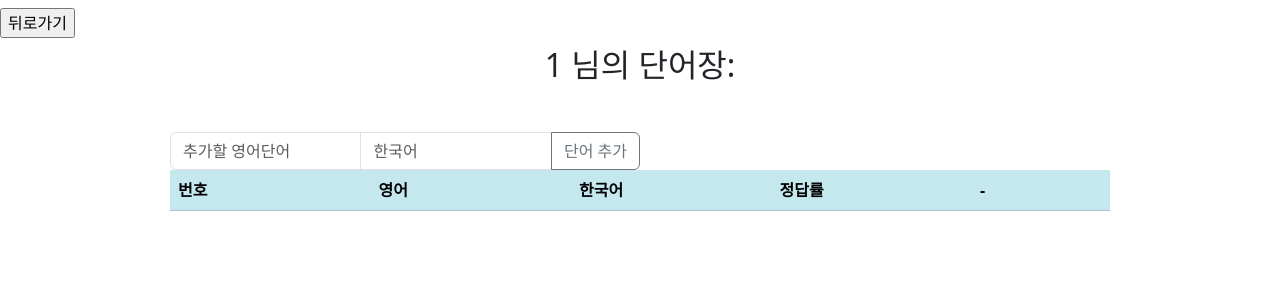
Repository: kokoko12334/myvocab-toy
Page: http://localhost/myVocabularyList/detail
These files come from the project's save history. The page is drawn as it stood at one moment and after the next save; the edit follows.
The browser window is 1280 px wide. The pictures show the whole page.
The page is served by Tomcat 9. The session is filled in as if someone had signed in: {"id": 1, "pwd": 1, "list": 1}. Queries for data that is not in the repository find no rows.

Above is the page before, as saved 2023-04-07 13:03:07.

After the next save:
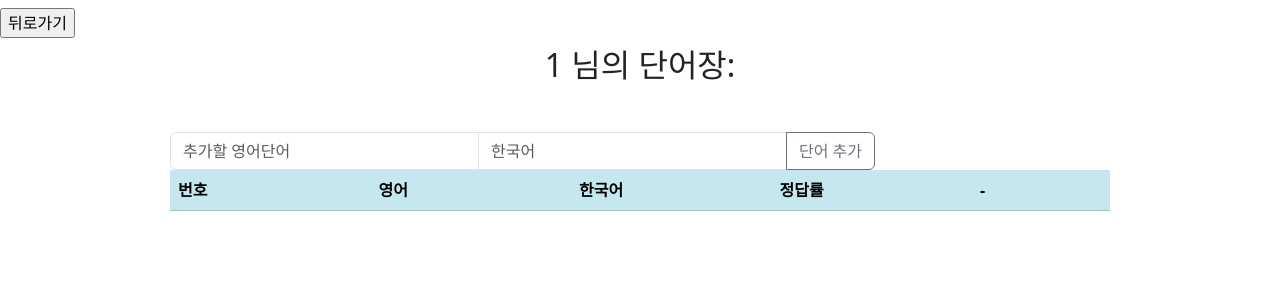
Saved 10 s later.
--- a/myVocabularyList/src/main/webapp/WEB-INF/views/myvocabulary/detail.jsp
+++ b/myVocabularyList/src/main/webapp/WEB-INF/views/myvocabulary/detail.jsp
@@ -24,7 +24,7 @@
 
 
  <div class = "my-5" style="margin-top: 93px;width: 940px;margin-left: auto; margin-right: auto;">
-	<form class="form-inline w-50" action = "/addword" method = "post">
+	<form class="form-inline w-75" action = "/addword" method = "post">
 		<div class="input-group">
 			<input type = text name = "english" placeholder = "추가할 영어단어" aria-label="First name" class="form-control">
 			<input type = text name = "korean" placeholder = "한국어" aria-label="Last name" class="form-control">
@@ -58,7 +58,7 @@
 				<td>${w[2]}</td>
 				<td>
 					<input type="button" value="수정" onclick="showPopup('${w[0]}','${w[1]}');"/>
-					<button onclick="location.href='/deleteword?idx=${st.index}&english=${w[0]}&korean=${w[1]}'">단어 삭제</button>
+					<button  onclick="location.href='/deleteword?idx=${st.index}&english=${w[0]}&korean=${w[1]}'">단어 삭제</button>
 				</td>
 			</tr>
 		</c:forEach>
